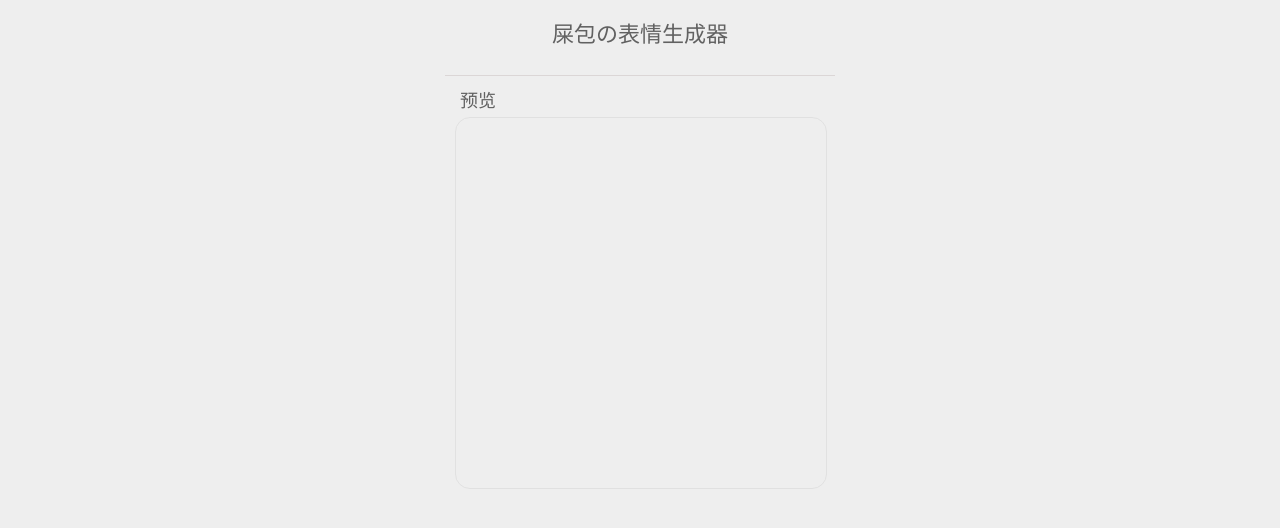
Repository: long-zuyang/shibao
Page: /
These files come from the project's save history. The page is drawn as it stood at one moment and after the next save; the edit follows.
The browser window is 1280 px wide. The pictures show the whole page.
The project was rebuilt for these pictures with package versions that can differ from the ones it lists, and the page was loaded fresh each time. Also part of the build but not shown: vite.config.ts.

Above is the page before, as saved 2023-06-29 23:49:32.
Console error (its wording comes from the project's code and is left out).

### src/main.tsx
import React from 'react';
import ReactDOM from 'react-dom/client';
import 'normalize.css';
import App from './App.tsx';

ReactDOM.createRoot(document.getElementById('root') as HTMLElement).render(
  <React.StrictMode>
    <App />
  </React.StrictMode>
);

### src/App.tsx
// import { useState } from 'react';
import { Flex, Image } from 'react-vant';
import React from 'react';
import './App.less';

import CanvasDrow from './components/CanvasDraw';

// function App() {
//   // const [count, setCount] = useState(0);
//   // console.log(document.getElementById('cvs'));

// }

class App extends React.Component {
  state = {};

  componentDidMount() {
    // console.log(document.getElementById('cvs'));
  }

  render() {
    console.log('渲染');

    return (
      <div className="main">
        <div className="top">
          <div className="name">屎包の表情生成器</div>
        </div>
        <div className="container">
          <span className="tips">预览</span>
          <CanvasDrow />
        </div>
      </div>
    );
  }
}

export default App;

### src/App.less
html,
body {
  background-color: #eee;
  .main {
    width: 390px;
    margin: 0 auto;
    .top {
      height: 75px;
      position: relative;
      border-bottom: 1px solid rgb(219, 214, 214);
      .name {
        color: #616161;
        font-size: 22px;
        text-align: center;
        position: absolute;
        width: 100%;
        padding-top: 22px;
        font-family: 微软雅黑;
      }
    }
    .container {
      margin-top: 15px;
      padding: 0 10px;
      .tips {
        font-size: 18px;
        margin: 0px 5px;
        color: #616161;
        font-family: 微软雅黑;
      }
      canvas {
        margin-top: 5px;
        height: 370px;
        width: 370px;
        border: 1px solid rgba(223, 223, 223, 0.9);
        border-radius: 15px;
      }
    }
  }
}

### src/components/CanvasDraw.tsx
import { useRef, useEffect } from 'react';
import BaseImg from '../assets/base.jpg';

function CanvasDrow() {
  const canvasRef = useRef<HTMLCanvasElement>(null);

  useEffect(() => {
    const canvas = canvasRef.current;
    if (canvas == null) {
      return;
    }

    const ctx = canvas.getContext('2d');

    // 创建头像图片
    const img = new Image();
    img.src = BaseImg;
    console.dir(img);

    // 图片加载完成后绘制图片
    img.onload = () => {
      // const size = Math.min(img.width, img.height);
      // const x = (img.width - size) / 2;
      // const y = (img.height - size) / 2;
      // ctx?.drawImage(img, x, y, size, size, 0, 0, canvas.width, canvas.height);

      ctx?.drawImage(img,)
    };
  }, []);
  // if (!canvasRef.current) {
  //   return <div>Canvas is not available.</div>;
  // }
  return <canvas ref={canvasRef} />;
}

export default CanvasDrow;

Loaded but not shown: index.html (common file)

After the next save:
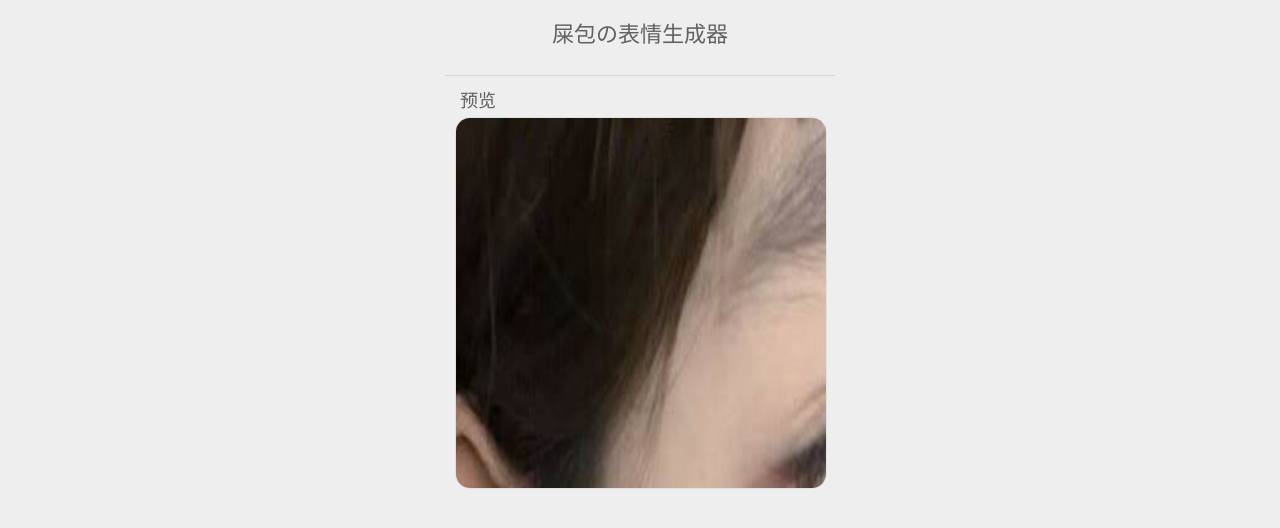
The error is gone.
Saved 7 s later.
--- a/src/components/CanvasDraw.tsx
+++ b/src/components/CanvasDraw.tsx
@@ -24,7 +24,7 @@ function CanvasDrow() {
       // const y = (img.height - size) / 2;
       // ctx?.drawImage(img, x, y, size, size, 0, 0, canvas.width, canvas.height);
 
-      ctx?.drawImage(img,)
+      ctx?.drawImage(img,0,0)
     };
   }, []);
   // if (!canvasRef.current) {
